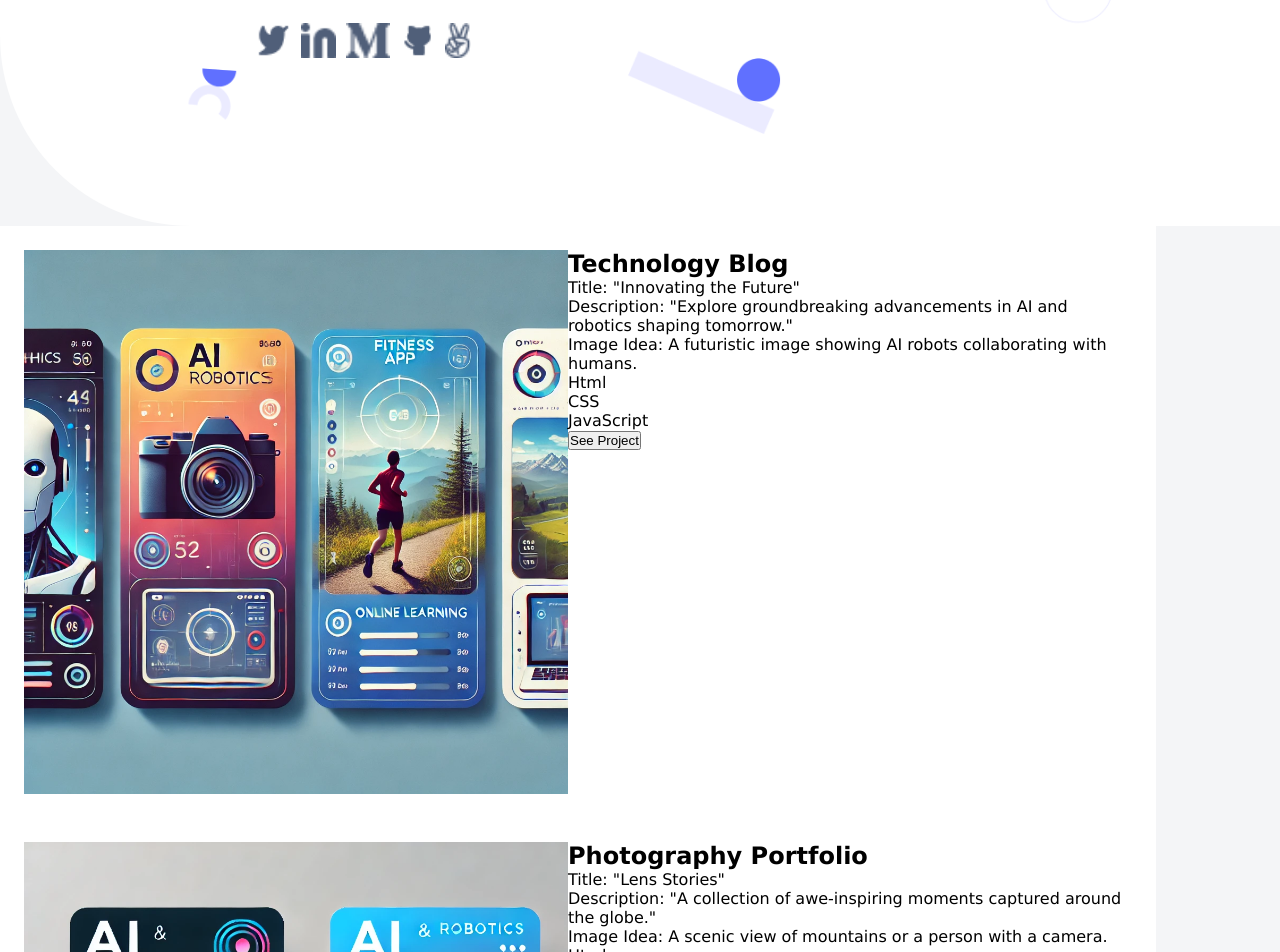
Repository: usman3123/portfolio-template-3
Page: portfolio.html
These files come from the project's save history. The page is drawn as it stood at one moment and after the next save; the edit follows.
The browser window is 1280 px wide. The pictures show the part of the page from y = 620 to 1572 px (the page is 2900 px tall before and 1293 px after).
Pictures or frames that could not be fetched are drawn as grey boxes. A picture or video elsewhere on the page could not be fetched, so the positions and the page height are approximate. Some web libraries are served in a nearby version.

Above is the page before, as saved 2025-01-25 00:10:35.

After the next save:
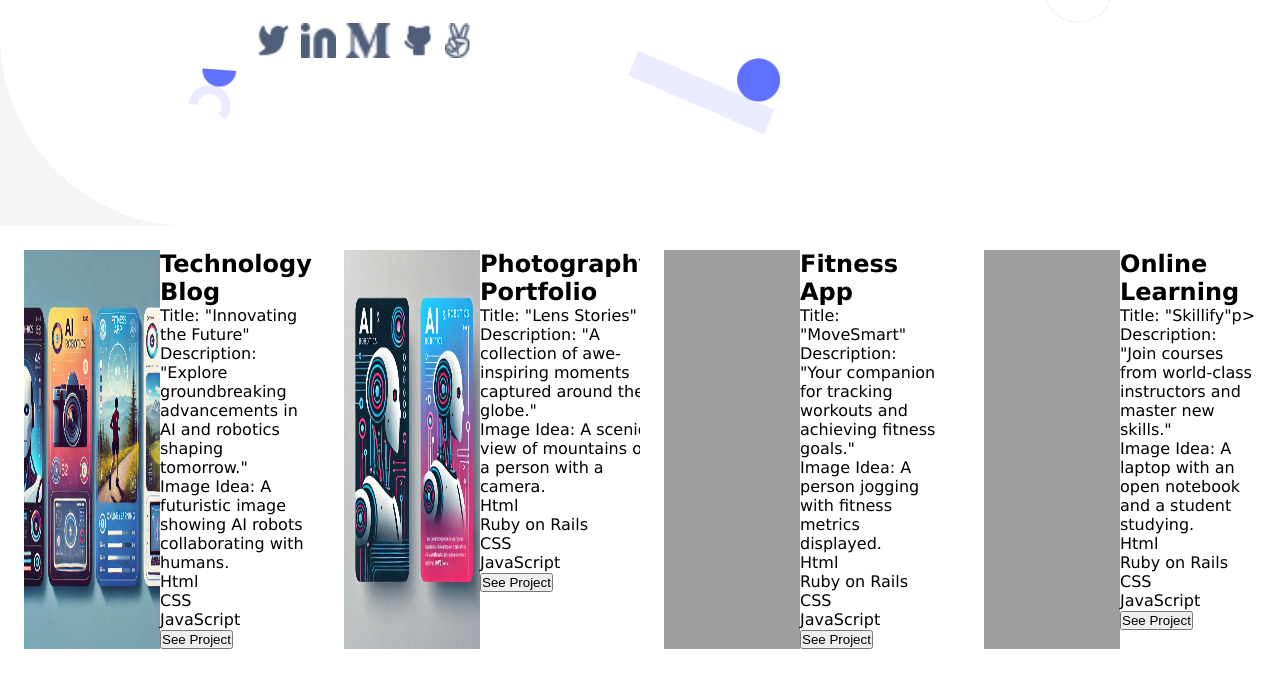
Saved 61 s later.
--- a/portfolio.html
+++ b/portfolio.html
@@ -56,7 +56,7 @@
  </div>
   <!-- Cards Section -->
 
-  <section class="cards">
+  <section class="cards flex">
     <div class="card flex">
       <img class="card-img" src="/assets/card-1img.webp" alt="CARD_!_IMG">
       <div class="card-content">

After the save that followed:
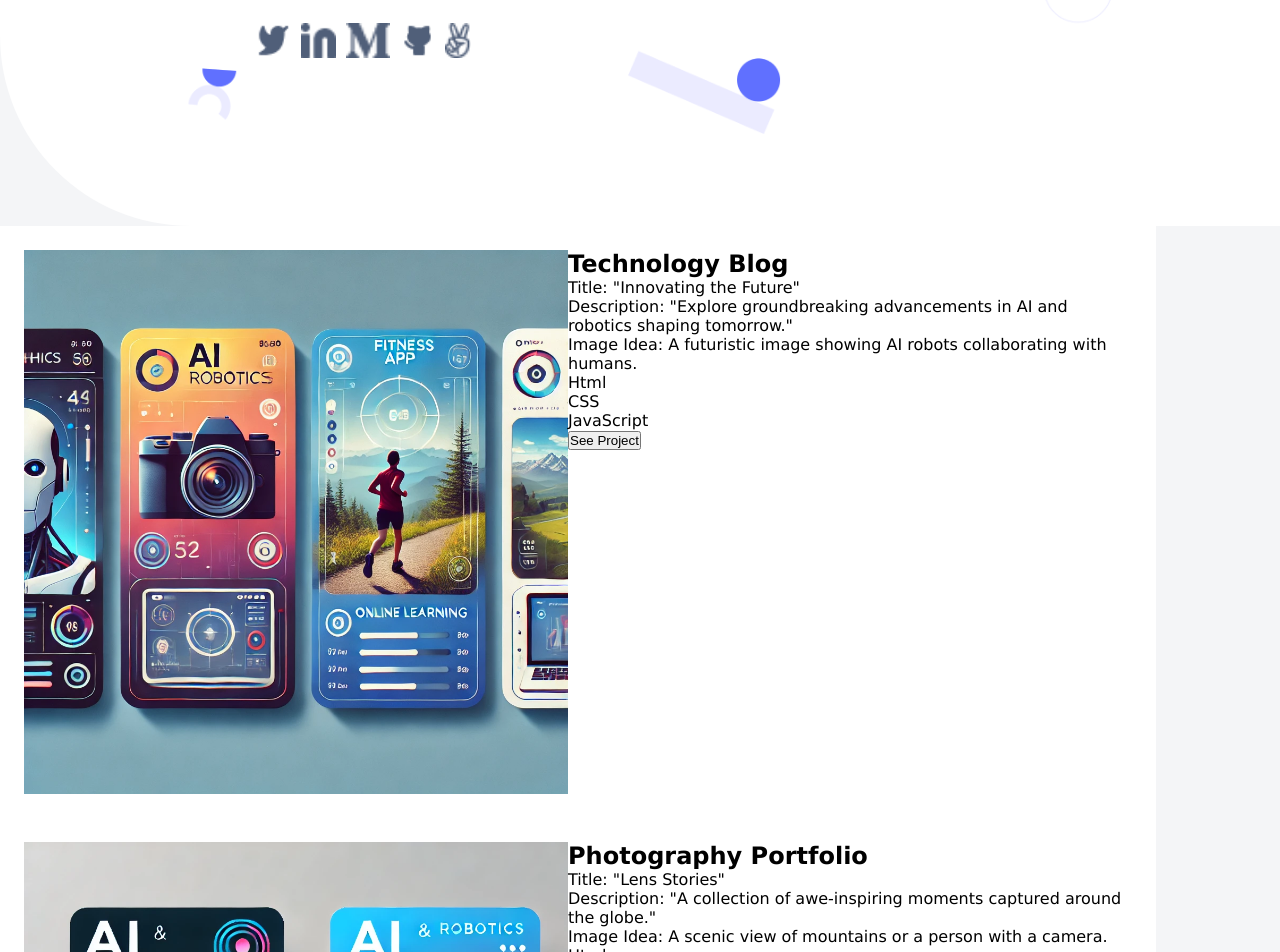
Saved 10 s later.
--- a/style.css
+++ b/style.css
@@ -110,7 +110,7 @@ body {
 /* card-section */
 
 .cards {
-
+    flex-direction: column;
 }
 .card {
     background-color: white;
